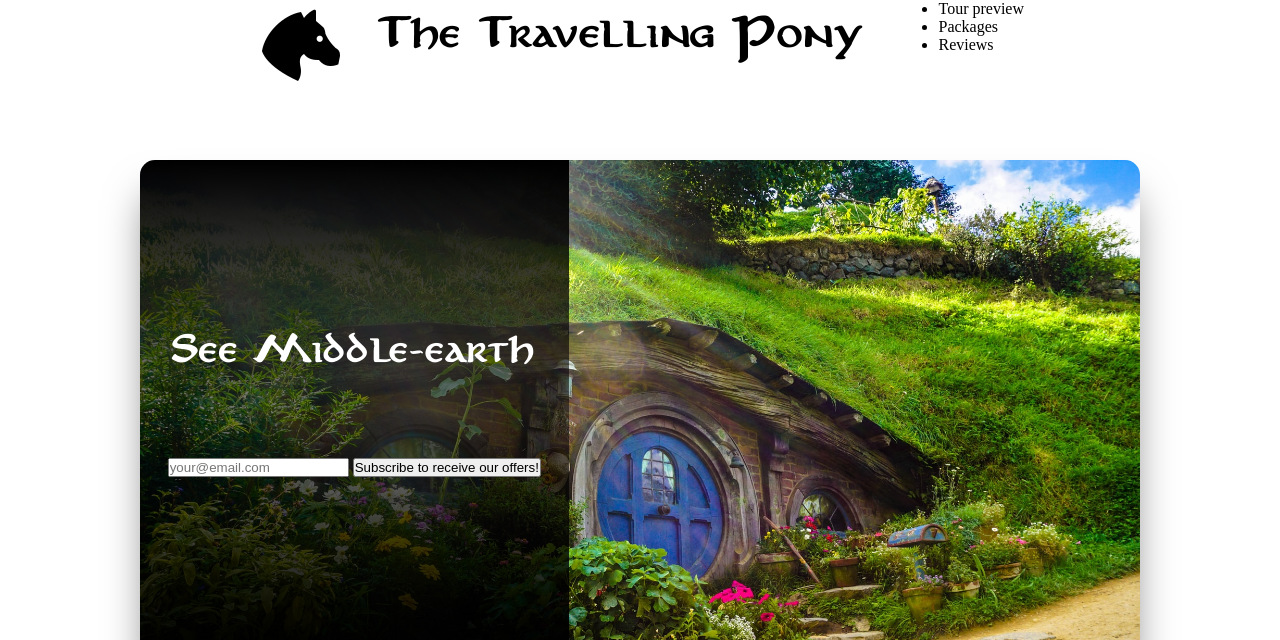
Repository: Colo-Codes/freecodecamp-03-Product-Landing-Page
Page: index.html
These files come from the project's save history. The page is drawn as it stood at one moment and after the next save; the edit follows.
The browser window is 1280 px wide. The pictures show the part of the page from y = 0 to 640 px (the page is 1033 px tall).
A picture or video elsewhere on the page could not be fetched, so the positions and the page height are approximate.

Above is the page before, as saved 2021-05-19 18:32:10.

After the next save:
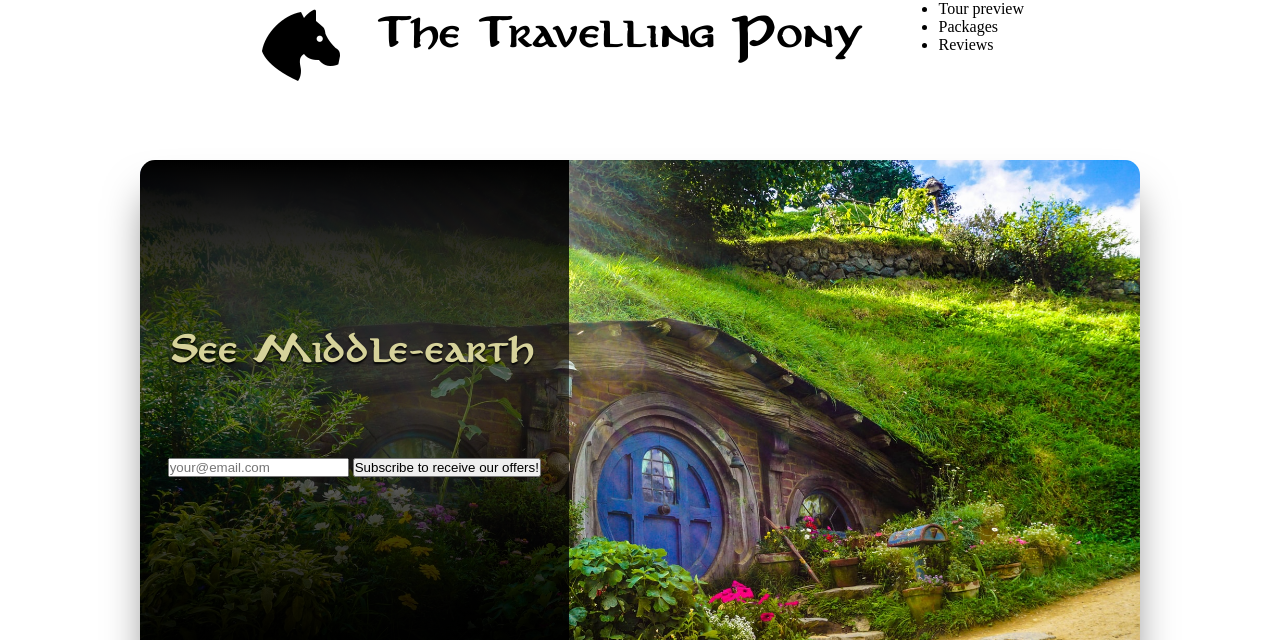
Saved 19 s later.
--- a/resources/css/index.css
+++ b/resources/css/index.css
@@ -66,8 +66,8 @@
     border-radius: 15px 0 0 0;
     font-family: 'Aniron', serif;
     font-size: 1.8rem;
-    /* color: #D6D29A; */
-    color: white;
+    color: #D6D29A;
+    text-shadow: 0 2px 2px black;
 }
 #subscribe form {
     grid-area: 2/1/3/2;
